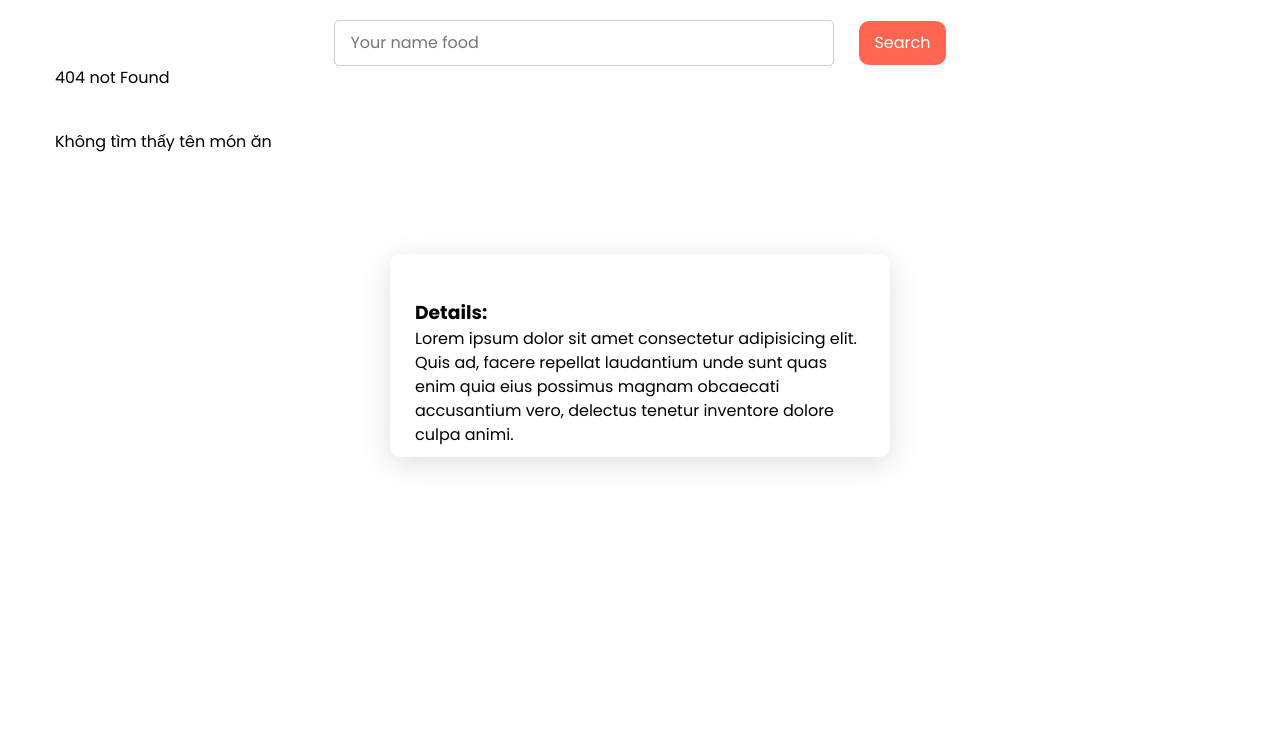
Repository: hoang0508/ReactJsDevWork
Page: /
The author's editor kept a copy of each file at every save. The page is drawn from the files as they stood at one save, then again after a run of saves.
The browser window is 1280 px wide. The pictures show the whole page.
The page's requests for data from a server got no answer. The project was rebuilt for these pictures with package versions that can differ from the ones it lists, and the page was loaded fresh each time. No one was signed in, and anything a server would have sent is missing.

Above is the page before, as saved 2022-02-05 23:59:10.

### src/index.scss
body {
  margin: 0;
  font-family: "Poppins", sans-serif;
  font-size: 16px;
  -webkit-font-smoothing: antialiased;
  -moz-osx-font-smoothing: grayscale;
}

code {
  font-family: source-code-pro, Menlo, Monaco, Consolas, "Courier New",
    monospace;
}

### src/App.js
import "./App.scss";
// import Button from "./components/Button/Button";
import Food from "./components/FoodApi/Food";

function App() {
  return (
    <>
      {/* <div>Hello</div> */}
      <Food />
      {/* <Button /> */}
    </>
  );
}

export default App;

### src/App.scss
@import url("https://fonts.googleapis.com/css2?family=Poppins:ital,wght@0,300;0,400;0,500;0,600;0,700;1,600&family=Red+Hat+Display:wght@300;400;500;600;700&display=swap");
*,
*::before,
*::after {
  box-sizing: border-box;
}
body,
h1,
h2,
h3,
h4,
h5,
h6,
p,
figure,
picture {
  margin: 0;
}
body {
  min-height: 100vh;
  line-height: 1.5;
}
input,
button,
select,
textarea {
  font: inherit;
}
img,
picture {
  display: block;
  max-width: 100%;
}
/* remove animation for people who've turned them off */
@media (prefers-reduced-motion: reduce) {
  *,
  *::before,
  *::after {
    animation-duration: 0.01ms !important;
    animation-iteration-count: 1 !important;
    transition-duration: 0.01ms !important;
    scroll-behavior: auto !important;
  }
}

// body {
//   background: #eb3349; /* fallback for old browsers */
//   background: -webkit-linear-gradient(
//     to right,
//     #f45c43,
//     #eb3349
//   ); /* Chrome 10-25, Safari 5.1-6 */
//   background: linear-gradient(
//     to right,
//     #f45c43,
//     #eb3349
//   ); /* W3C, IE 10+/ Edge, Firefox 16+, Chrome 26+, Opera 12+, Safari 7+ */
// }

### src/components/FoodApi/Food.js
// import lodas from "lodash";
import React, { useState } from "react";
import useHookFoodAPI from "../../hooks/useHookFoodAPI";
import useHookFoodAPI2 from "../../hooks/useHookFoodAPI2";
import "./Food.scss";

const Food = () => {
  // khởi tạo data ô input
  const [queryMeals, setQueryMeals] = useState("chicken_breast");
  const { data, loading, notFound, setUrl } = useHookFoodAPI(
    `https://www.themealdb.com/api/json/v1/1/filter.php?i=${queryMeals}`
  );
  const { dataL, setUrl2 } = useHookFoodAPI2(
    `https://www.themealdb.com/api/json/v1/1/lookup.php?i=1`
  );
  //
  const handleChangeFood = (e) => {
    setQueryMeals(e.target.value);
  };
  // Hàm Btn Click URL
  const handleDataFood = (e) => {
    e.preventDefault();
    setUrl(
      `https://www.themealdb.com/api/json/v1/1/filter.php?i=${queryMeals}`
    );
  };
  const handleBtnDetails = (e, id) => {
    e.preventDefault();
    setUrl2(`https://www.themealdb.com/api/json/v1/1/lookup.php?i=${id}`);
  };
  console.log(dataL.meals);
  return (
    <>
      <div className="food">
        <form>
          {/* input */}
          <input
            className="food-input"
            type="text"
            // defaultValue={queryMeals}
            placeholder="Your name food"
            onChange={(e) => handleChangeFood(e)}
          />
          <button onClick={(e) => handleDataFood(e)} className="food-btn">
            Search
          </button>
        </form>
        {/* loading */}
        {loading && <div className="food-loading"></div>}
        {/* Not found 404 */}
        {!loading && notFound && <p>404 not Found</p>}
        {/* foodlist */}
        <div className="food-list">
          {!data.meals && <div>Không tìm thấy tên món ăn</div>}
          {!loading &&
            data.meals &&
            data.meals.length > 0 &&
            data.meals.map((item, index) => {
              if (!item.strMeal || item.strMeal.length <= 0) {
                return null;
              }
              return (
                <div className="food-item" key={item.idMeal}>
                  <div className="food-image">
                    <img src={item.strMealThumb} alt="" />
                  </div>
                  <div className="food-title">{item.strMeal}</div>
                  <button
                    onClick={(e, id) => handleBtnDetails(e, item.idMeal)}
                    className="food-btn food-btn--primary"
                  >
                    Watch Details
                  </button>
                </div>
              );
            })}
        </div>
        <div className="food-modal">
          <div className="food-container">
            {dataL.meals &&
              dataL.meals.length &&
              dataL.meals.map((item, index) => (
                <div key={item.idMeal}>
                  <div>{item.strMeal}</div>
                </div>
              ))}
            <div className="food-title"></div>
            <h3>Details: </h3>
            <div className="food-desc">
              Lorem ipsum dolor sit amet consectetur adipisicing elit. Quis ad,
              facere repellat laudantium unde sunt quas enim quia eius possimus
              magnam obcaecati accusantium vero, delectus tenetur inventore
              dolore culpa animi.
            </div>
            <div className="modal-images">
              <img src="" alt="" />
            </div>
          </div>
        </div>
      </div>
    </>
  );
};

export default Food;

### src/hooks/useHookFoodAPI.js
import axios from "axios";
import { useEffect, useRef, useState } from "react";

export default function useHookFoodAPI(initialUrl, initialData) {
  // render data
  const [data, setData] = useState([]);
  // Loading
  const [loading, setLoading] = useState(true);
  // Not found search
  const [notFound, setNotFound] = useState("");
  // url Link API
  const [url, setUrl] = useState(initialUrl);
  const fetchDataFood = useRef();
  fetchDataFood.current = async () => {
    setLoading(true);
    try {
      const reponse = await axios.get(url);
      setData(reponse.data);
      setLoading(false);
    } catch (err) {
      setLoading(false);
      setNotFound(`404 ${err}`);
    }
  };
  // Fuction onChange input
  // const handleChangeFood = lodash.debounce((e) => {
  //   setQueryMeals(e.target.value);
  // }, 500);
  // useEffect
  useEffect(() => {
    fetchDataFood.current();
  }, [url]);
  return {
    data,
    loading,
    notFound,
    setUrl,
  };
}

### src/hooks/useHookFoodAPI2.js
import axios from "axios";
import { useEffect, useRef, useState } from "react";

export default function useHookFoodAPI2(initialUrl, initialData) {
  // render data
  const [dataL, setData] = useState([]);
  // Loading
  const [loading, setLoading] = useState(true);
  // Not found search
  const [notFound, setNotFound] = useState("");
  // url Link API
  const [url2, setUrl2] = useState(initialUrl);
  const fetchDataFood = useRef();
  fetchDataFood.current = async () => {
    setLoading(true);
    try {
      const reponse = await axios.get(url2);
      setData(reponse.data);
      setLoading(false);
    } catch (err) {
      setLoading(false);
      setNotFound(`404 ${err}`);
    }
  };
  // Fuction onChange input
  // const handleChangeFood = lodash.debounce((e) => {
  //   setQueryMeals(e.target.value);
  // }, 500);
  // useEffect
  useEffect(() => {
    fetchDataFood.current();
  }, [url2]);
  return {
    dataL,
    loading,
    notFound,
    setUrl2,
  };
}

### src/components/FoodApi/Food.scss
.food {
  max-width: 1170px;
  margin: 20px auto 0;
  form {
    display: flex;
    align-items: center;
    justify-content: center;
    gap: 0 25px;
    margin: 0 auto;
  }
  &-input {
    display: block;
    max-width: 500px;
    width: 100%;
    border: 1px solid #ccc;
    border-radius: 5px;
    padding: 10px 15px;
    outline: none;
    overflow: hidden;
    transition: all 0.25s linear;
  }
  &-input:focus {
    border-color: #2cccff;
  }
  &-btn {
    padding: 10px 15px;
    background-color: #ff6651;
    color: #fff;
    outline: none;
    border: 0;
    border-radius: 10px;
    cursor: pointer;
  }
  &-btn--primary {
    display: block;
    margin: 0 auto;
    margin-top: auto;
    margin-bottom: 20px;
  }
  &-list {
    display: grid;
    grid-template-columns: repeat(3, 1fr);
    grid-gap: 40px;
    margin: 40px 0 100px;
  }
  &-item {
    background-color: #fff;
    border-radius: 10px;
    border: 1px solid #ccc;
    overflow: hidden;
    cursor: pointer;
    // transition: all 0.25s linear;
    display: flex;
    flex-direction: column;
  }
  &-image {
    height: 300px;
    img {
      width: 100%;
      height: 100%;
      object-fit: cover;
    }
  }
  &-title {
    text-align: center;
    margin-top: 15px;
    font-size: 20px;
    padding: 10px 0;
  }
  &-loading {
    width: 80px;
    height: 80px;
    border-radius: 100rem;
    border: 5px solid #2cccff;
    border-right: transparent;
    animation: foodLoading 2s linear infinite;
    margin: 50px auto;
  }
  @keyframes foodLoading {
    0% {
      transform: rotate(0deg);
    }
    // 50% {
    //   transform: rotate(45deg);
    // }
    100% {
      transform: rotate(360deg);
    }
  }
  &-modal {
    // position: fixed;
    // top: 0;
    // left: 0;
    // right: 0;
    // bottom: 0;
    // z-index: 999999;
    // background-color: rgba(0, 0, 0, 0.25);
    display: flex;
    align-items: center;
    justify-content: center;
    flex-direction: column;
    // opacity: 0;
    // visibility: hidden;
    // transition: all 0.2s ease;
  }
  &-container {
    max-width: 500px;
    overflow-y: scroll;
    background-color: #fff;
    box-shadow: rgba(100, 100, 111, 0.2) 0px 7px 29px 0px;
    padding: 10px 25px;
    border-radius: 10px;
  }
}

Loaded but not shown: public/index.html (common file); src/index.js (common file); src/reportWebVitals.js (common file)

After the next 2 saves:
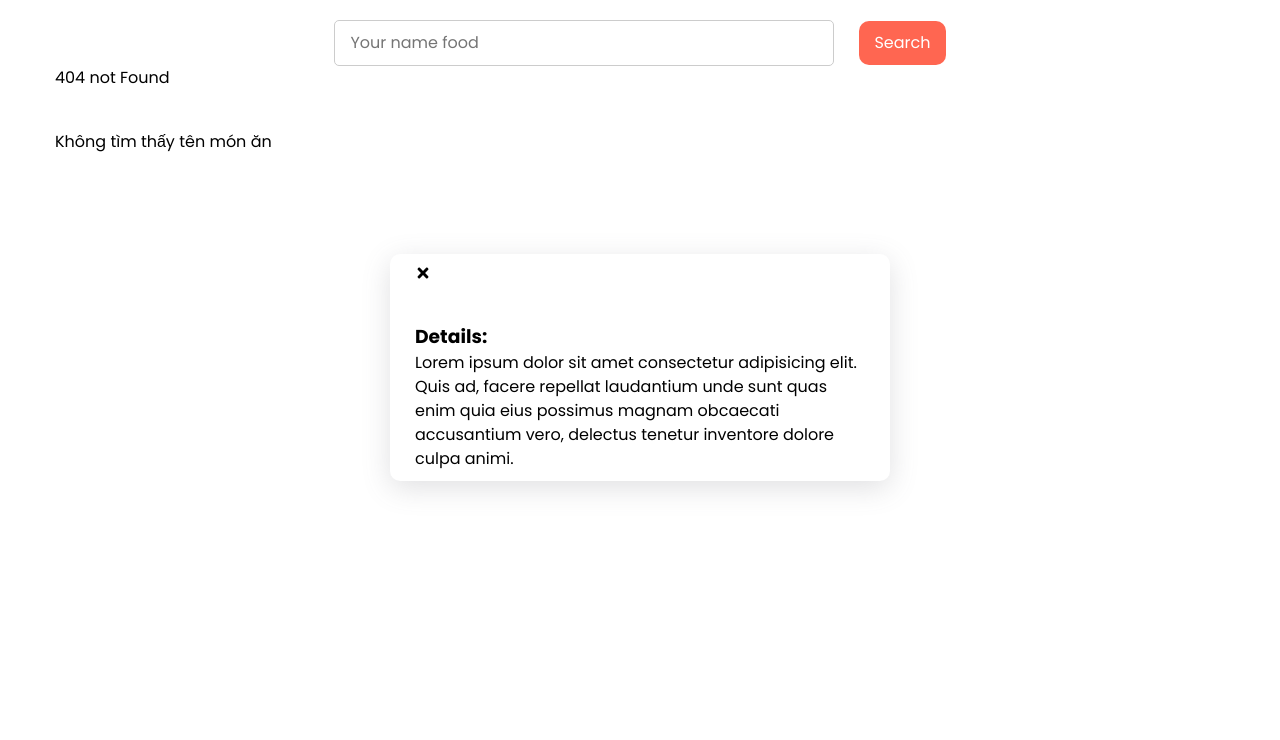
The 2 saves are shown as one change because 1 did not build or start.
The last was saved 9 h 22 min later.
--- a/src/components/FoodApi/Food.js
+++ b/src/components/FoodApi/Food.js
@@ -3,6 +3,7 @@ import React, { useState } from "react";
 import useHookFoodAPI from "../../hooks/useHookFoodAPI";
 import useHookFoodAPI2 from "../../hooks/useHookFoodAPI2";
 import "./Food.scss";
+import { FaTimes } from "react-icons/fa";
 
 const Food = () => {
   // khởi tạo data ô input
@@ -77,6 +78,9 @@ const Food = () => {
         </div>
         <div className="food-modal">
           <div className="food-container">
+            <div className="food-close">
+              <FaTimes />
+            </div>
             {dataL.meals &&
               dataL.meals.length &&
               dataL.meals.map((item, index) => (
